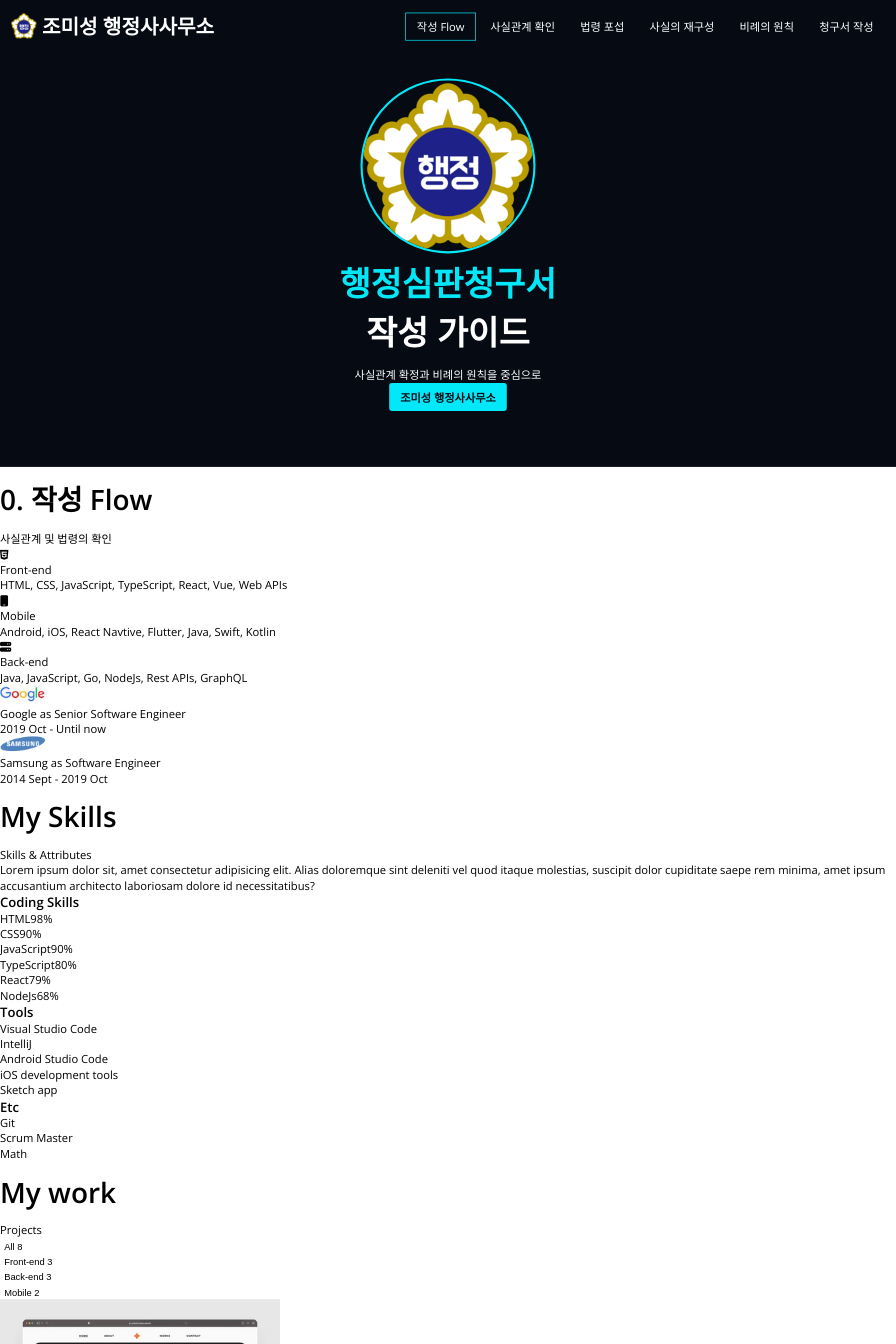
Repository: eggmoon/eggmoon_new
Page: index.html
The author's editor kept a copy of each file at every save. The page is drawn from the files as they stood at one save, then again after the next save.
The browser window is 1280 px wide. The pictures show the part of the page from y = 0 to 1920 px (the page is 5887 px tall before and 5891 px after), at 70% of full size.
Some web libraries are served in a nearby version.

Above is the page before, as saved 2025-02-26 11:17:28.

After the next save:
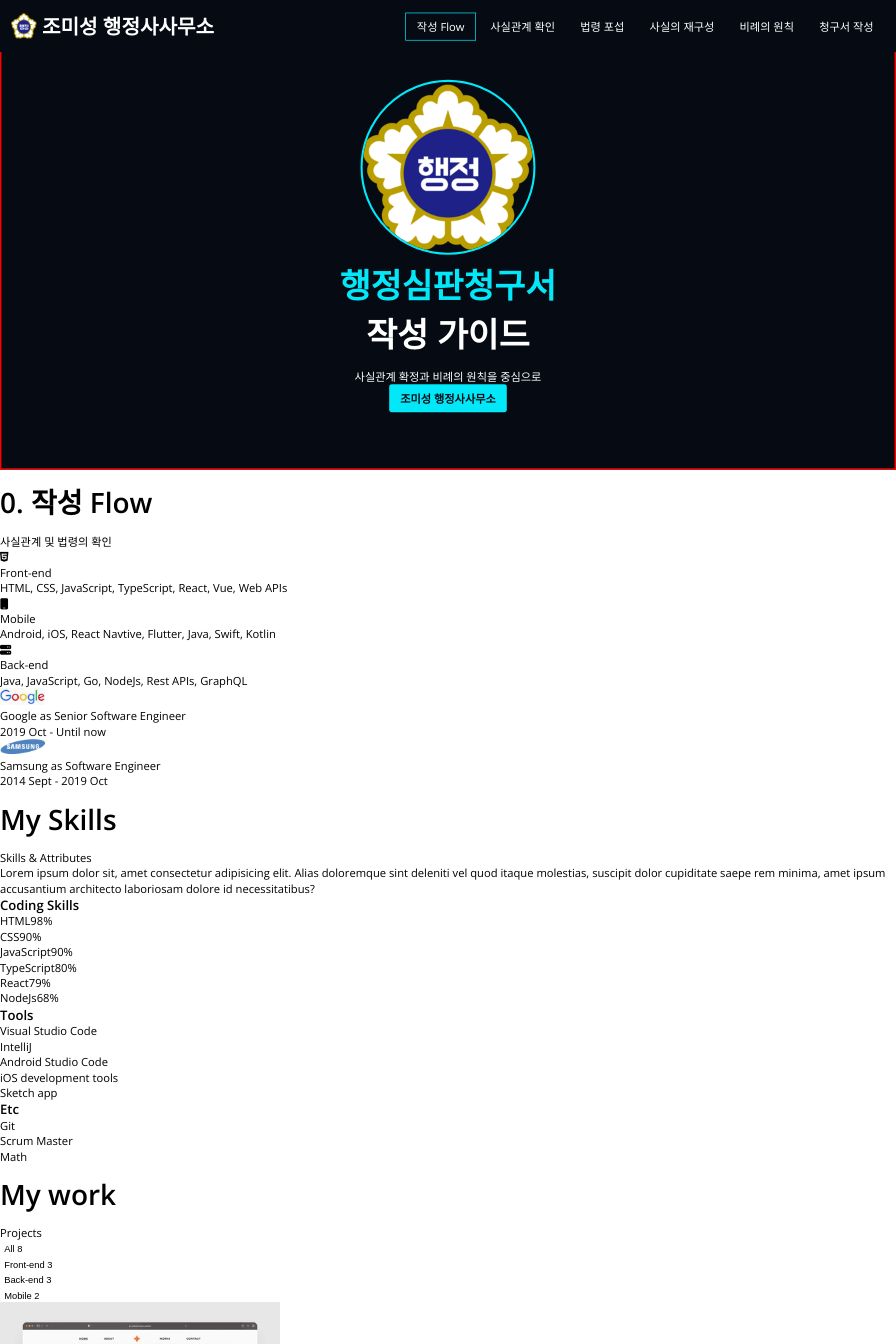
Saved 97 s later.
--- a/index.html
+++ b/index.html
@@ -34,6 +34,12 @@
     <link rel="stylesheet" href="css/style.css" />
     <!-- Javascript -->
     <script src="src/main.js" defer></script>
+    <style>
+      .section {
+        text-align: center;
+        border: 2px solid red;
+      }
+    </style>
   </head>
   <body>
     <!-- Header -->

After the save that followed:
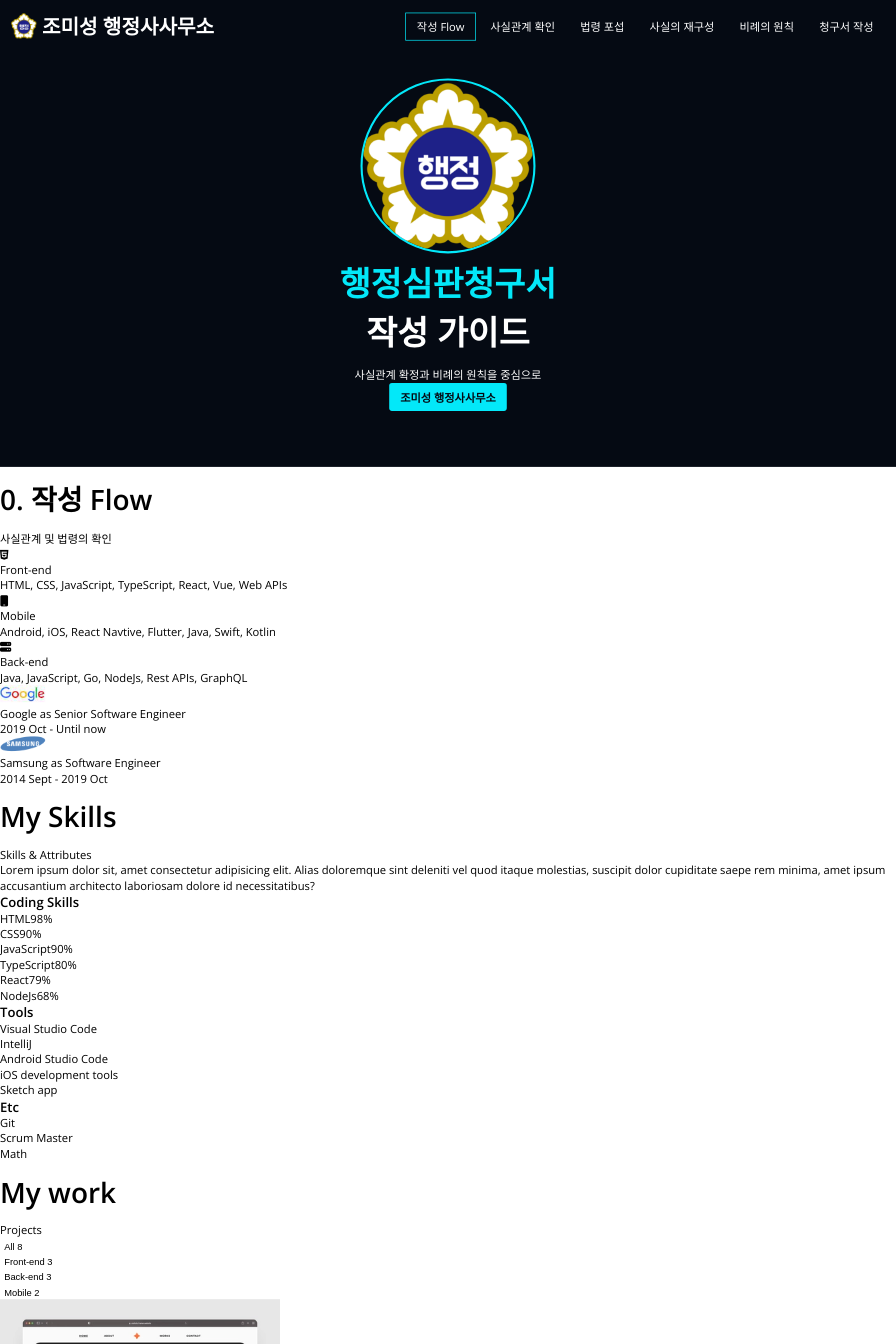
Saved 15 s later.
--- a/index.html
+++ b/index.html
@@ -34,12 +34,6 @@
     <link rel="stylesheet" href="css/style.css" />
     <!-- Javascript -->
     <script src="src/main.js" defer></script>
-    <style>
-      .section {
-        text-align: center;
-        border: 2px solid red;
-      }
-    </style>
   </head>
   <body>
     <!-- Header -->
